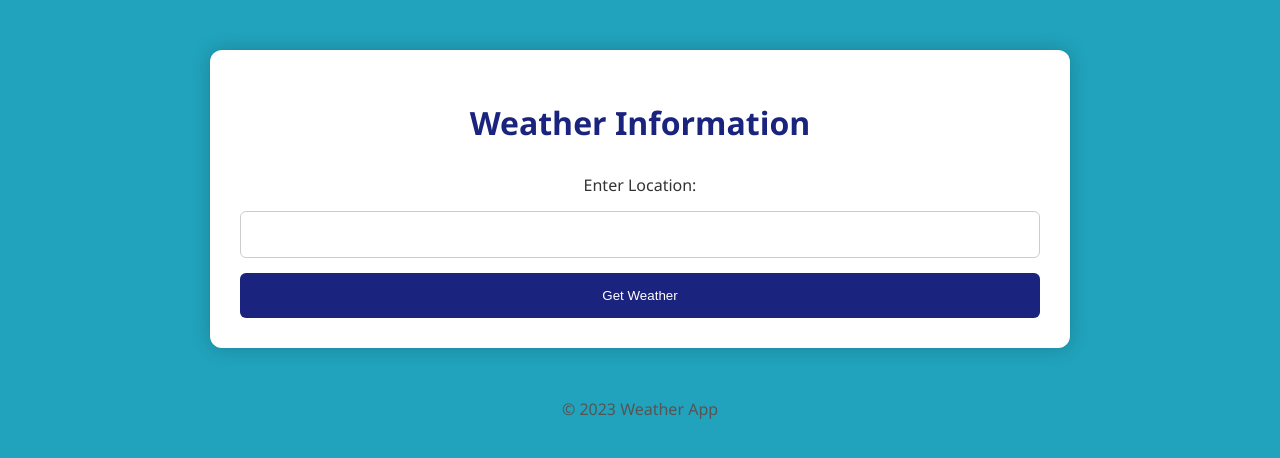
Repository: muke2110/weather
Page: http://localhost/
An editor plug-in stored every save of this project. The page is shown before and after the next save, followed by the edit.
The browser window is 1280 px wide. The pictures show the whole page.
The page is served by the project's Node server (app.js).

Above is the page before, as saved 2023-12-08 19:32:14.

### views/index.ejs
<!DOCTYPE html>
<html lang="en">
<head>
  <meta charset="UTF-8">
  <meta name="viewport" content="width=device-width, initial-scale=1.0">
  <title>Weather Information</title>
  <link rel="stylesheet" href="/styles.css">

</head>
<body>
  <div class="container">
    <h1>Weather Information</h1>

    <form action="/location" method="post">
      <label for="locationInput">Enter Location:</label>
      <input type="text" id="locationInput" name="location" required>
      <button type="submit">Get Weather</button>
    </form>

    <% if (error) { %>
      <p class="error-message">Error: <%= error %></p>
    <% } else if (location) { %>
      <div id="weatherResult">
        <img src= <%= png %>>
        <p>Location: <%= place.name %></p>
        <p>Temperature: <%= location.temp_c %>°C</p>
        <p>Condition: <%= location.condition.text %></p>
      </div>
    <% } %>
  </div>
  <footer>
    <!-- Your footer content goes here -->
    <p>&copy; 2023 Weather App</p>
  </footer>
</body>
<script>
  if (performance.navigation.type === 1) {
    // Redirect to the home page
    window.location.href = "/";
  }
</script>
</html>

### app.js
const axios = require('axios');
const express = require('express');
const app = express();
const port = 3000;

app.use(express.json());
app.use(express.urlencoded({ extended: true }));
// Add this line after app initialization
app.use(express.static('public'));


app.set('view engine', 'ejs');

app.get('/', (req, res) => {
  res.render('index', { error: null, location: null });
});

app.post('/location', async (req, res) => {
  const { location } = req.body;

  if (!location) {
    return res.render('index', { error: 'Location is required in the request body', location: null });
  }

  const apiUrl = `https://api.weatherapi.com/v1/current.json?key=c3961c028a3640cfad7132456230212&q=${location}&aqi=yes`;

  try {
    const response = await axios.get(apiUrl);
    const data = response.data;

    console.log(`Location : ${data.location.name}\nCondition : ${data.current.condition.text}\nTemperature : ${data.current.temp_c}`);
    // Render the EJS file with the weather information
    res.render('index', { error: null, location: data.current ,place: data.location, png:data.current.condition.icon});
  } catch (error) {
    console.error('Error fetching data:', error);
    res.render('index', { error: 'Internal Server Error', location: null });
  }
});

app.listen(port, () => {
  console.log(`Server is running on port ${port}`);
});

### public/styles.css
/* styles.css */

body {
    font-family: 'Segoe UI', Tahoma, Geneva, Verdana, sans-serif; /* Changed font-family */
    margin: 0;
    padding: 0;
    background-color: #21a3bd; /* Light blue background */
}

.container {
    max-width: 800px; /* Increased max-width for a more spacious feel */
    margin: 50px auto;
    background-color: #fff;
    padding: 30px;
    border-radius: 12px; /* Rounded corners */
    box-shadow: 0 0 20px rgba(0, 0, 0, 0.2);
}

h1 {
    text-align: center;
    color: #1a237e; /* Dark blue color */
}

form {
    display: flex;
    flex-direction: column;
    align-items: center;
    margin-top: 30px; /* Increased margin-top for better spacing */
}

label {
    margin-bottom: 15px; /* Increased margin for better spacing */
    color: #333;
}

input {
    padding: 15px;
    margin-bottom: 15px;
    width: 100%;
    box-sizing: border-box;
    border: 1px solid #ccc; /* Added a subtle border */
    border-radius: 6px; /* Rounded input corners */
}

button {
    padding: 15px;
    background-color: #1a237e; /* Dark blue button color */
    color: #fff;
    border: none;
    cursor: pointer;
    transition: background-color 0.3s;
    width: 100%;
    box-sizing: border-box;
    border-radius: 6px; /* Rounded button corners */
}

button:hover {
    background-color: #0d47a1; /* Darker blue on hover */
}

#weatherResult {
    margin-top: 30px;
    padding: 30px;
    border: 1px solid #ccc;
    border-radius: 12px;
    background-color: #f0f8ff; /* Lighter blue background */
}

footer {
    text-align: center;
    margin-top: 30px;
    color: #555; /* Dark gray text color */
}

After the next save:
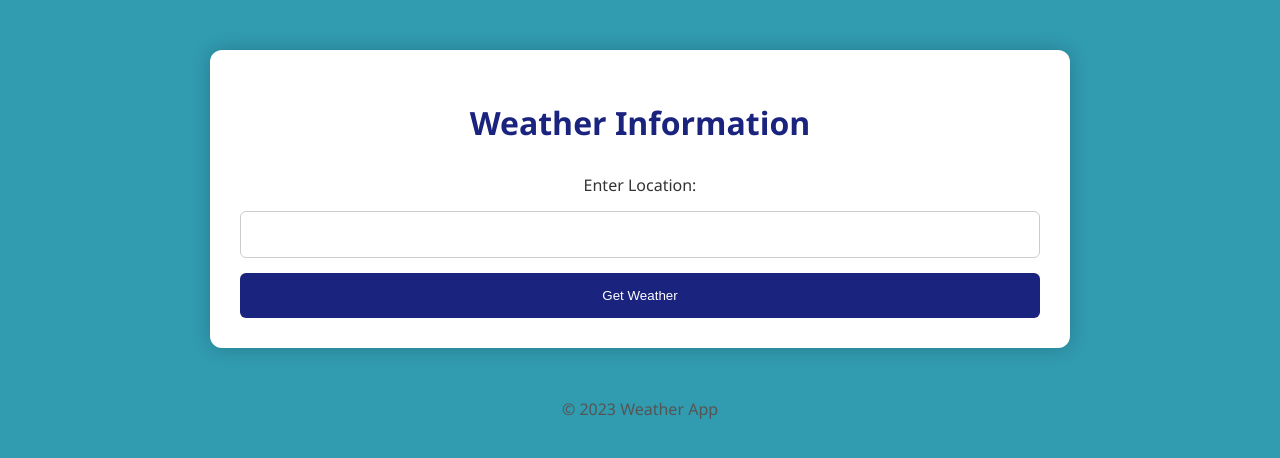
Saved 5 s later.
--- a/public/styles.css
+++ b/public/styles.css
@@ -4,7 +4,7 @@ body {
     font-family: 'Segoe UI', Tahoma, Geneva, Verdana, sans-serif; /* Changed font-family */
     margin: 0;
     padding: 0;
-    background-color: #21a3bd; /* Light blue background */
+    background-color: #319bb0; /* Light blue background */
 }
 
 .container {
